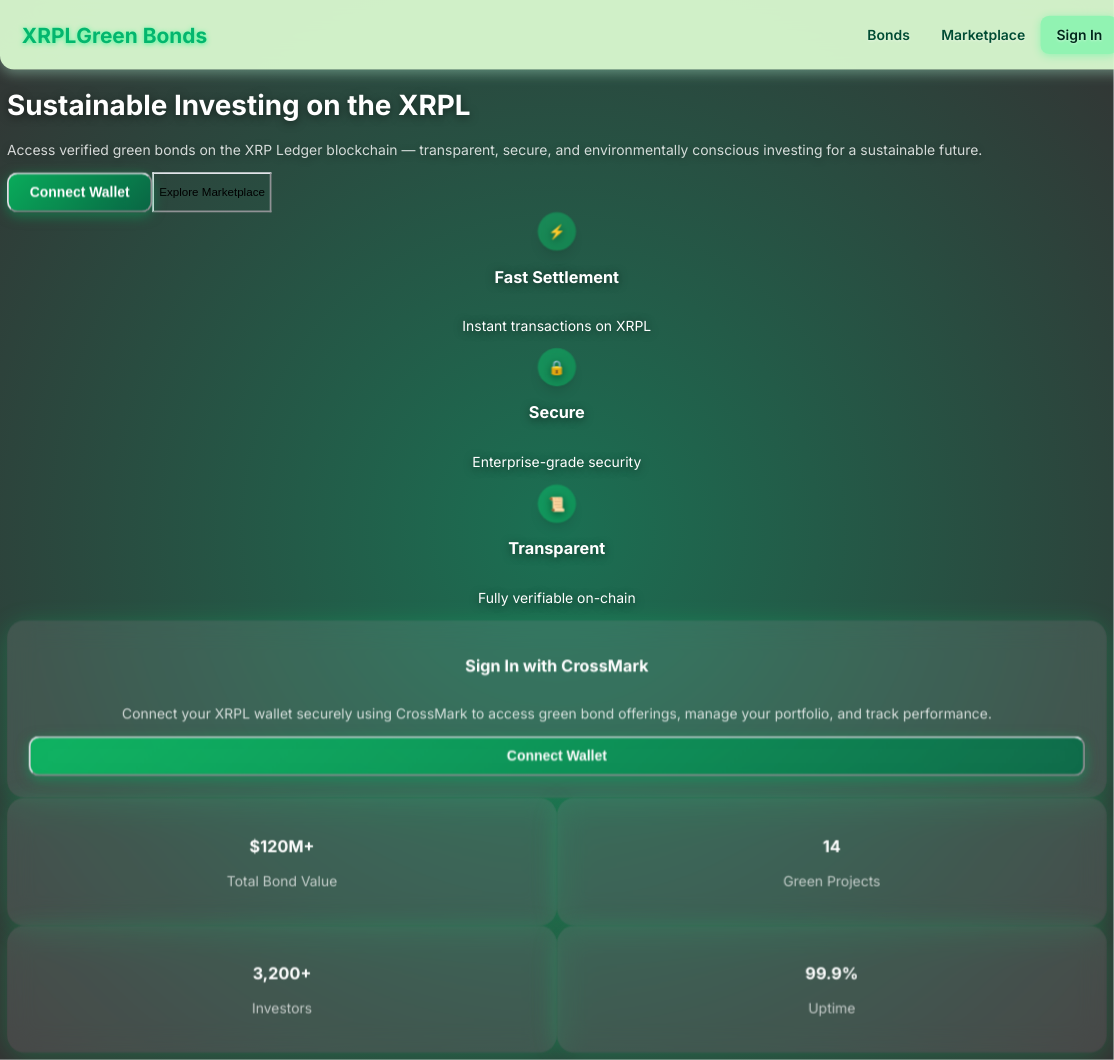
Repository: pbryzek/hackathon-xrpl
Page: / (app in frontend/)
The author's editor kept a copy of each file at every save. The page is drawn from the files as they stood at one save, then again after the next save.
The browser window is 1280 px wide. The pictures show the whole page, at 87% of full size.
The project was rebuilt for these pictures with package versions that can differ from the ones it lists, and the page was loaded fresh each time. Also part of the build but not shown: frontend/vite.config.ts, frontend/src/services/bondService.ts, frontend/src/pages/BondSelection.tsx, frontend/src/lib/utils.ts, frontend/src/components/ui/button.tsx, frontend/src/components/ui/input.tsx, frontend/src/components/ui/label.tsx, frontend/src/components/ui/tabs.tsx and 15 more.

Above is the page before, as saved 2025-03-15 12:43:12.

### frontend/index.html
<!DOCTYPE html>
<html lang="en">
  <head>
    <meta charset="UTF-8" />
    <meta name="viewport" content="width=device-width, initial-scale=1.0" />
    <title>buy-sell-bonds</title>
    <meta name="description" content="Lovable Generated Project" />
    <meta name="author" content="Lovable" />
    <meta property="og:image" content="/og-image.png" />
  </head>

  <body>
    <div id="root"></div>
    <!-- IMPORTANT: DO NOT REMOVE THIS SCRIPT TAG OR THIS VERY COMMENT! -->
    <script src="https://cdn.gpteng.co/gptengineer.js" type="module"></script>
    <script type="module" src="/src/main.tsx"></script>
  </body>
</html>

### frontend/src/main.tsx
import { createRoot } from 'react-dom/client'
import App from './App.tsx'
import './index.css'
import './index1.css'

createRoot(document.getElementById("root")!).render(<App />);

### frontend/src/App.tsx
import React from "react";
import { BrowserRouter as Router, Routes, Route } from "react-router-dom";
import BondSelection from "./pages/BondSelection";
import CrossMarkAuth from "./pages/CrossMarkAuth";
import Index from "./pages/Index";
import NotFound from "./pages/NotFound";
// ✅ Import the Header Component
import Header from "./components/ui/header";
import "./index.css"; // ✅ Ensure Tailwind is applied
import "./index1.css"; // ✅ Ensure Tailwind is applied


const App: React.FC = () => {
  return (
    <Router>
      <div className="flex flex-col min-h-screen bg-background text-foreground">
        <Header />
        <main className="flex-grow p-4">
          <Routes>
            <Route path="/" element={<CrossMarkAuth />} />
            <Route path="/bonds" element={<BondSelection />} />
            <Route path="/marketplace" element={<Index />} />
            <Route path="*" element={<NotFound />} />
          </Routes>
        </main>
      </div>
    </Router>
  );
};

export default App;

### frontend/src/index.css
@import url('https://fonts.googleapis.com/css2?family=Inter:wght@100;200;300;400;500;600;700;800;900&display=swap');

@tailwind base;
@tailwind components;
@tailwind utilities;


@layer base {
  :root {
    --background: 210 40% 98%;
    --foreground: 222 47% 11%;

    --card: 0 0% 100%;
    --card-foreground: 222 47% 11%;

    --popover: 0 0% 100%;
    --popover-foreground: 222 47% 11%;

    --primary: 221 83% 53%;
    --primary-foreground: 210 40% 98%;

    --secondary: 210 40% 96%;
    --secondary-foreground: 222 47% 11%;

    --muted: 210 40% 96%;
    --muted-foreground: 220 16% 46%;

    --accent: 210 40% 96%;
    --accent-foreground: 222 47% 11%;

    --destructive: 0 84% 60%;
    --destructive-foreground: 210 40% 98%;

    --border: 220 14% 90%;
    --input: 220 14% 90%;
    --ring: 221 83% 53%;

    --radius: 0.8rem;

    --bond-blue: 221 83% 53%;
    --bond-blue-light: 213 94% 68%;
    --bond-blue-dark: 224 76% 48%;
    --bond-gray: 220 14% 90%;
    --bond-gray-light: 220 14% 95%;
    --bond-gray-dark: 218 11% 80%;
    --bond-green: 142 76% 36%;
    --bond-red: 0 84% 60%;
  }

  .dark {
    --background: 222 47% 11%;
    --foreground: 210 40% 98%;

    --card: 222 47% 11%;
    --card-foreground: 210 40% 98%;

    --popover: 222 47% 11%;
    --popover-foreground: 210 40% 98%;

    --primary: 217 91% 60%;
    --primary-foreground: 222 47% 11%;

    --secondary: 217 33% 17%;
    --secondary-foreground: 210 40% 98%;

    --muted: 217 33% 17%;
    --muted-foreground: 215 20% 65%;

    --accent: 217 33% 17%;
    --accent-foreground: 210 40% 98%;

    --destructive: 0 63% 31%;
    --destructive-foreground: 210 40% 98%;

    --border: 217 33% 17%;
    --input: 217 33% 17%;
    --ring: 224 76% 48%;
  }
}

@layer base {
  body {
    background-color: hsl(var(--background));
    color: hsl(var(--foreground));
  }
}

.glass-panel {
  background-color: rgba(255, 255, 255, 0.9);
  backdrop-filter: blur(12px);
  border: 1px solid rgba(255, 255, 255, 0.4);
  box-shadow: 0 4px 6px -1px rgba(0, 0, 0, 0.1), 0 2px 4px -1px rgba(0, 0, 0, 0.06);
}

.animate-enter {
  animation: fade-in 0.4s forwards, slide-up 0.4s forwards;
}

.bond-hover {
  transition: all 0.2s ease-out;
}

.bond-hover:hover {
  transform: translateY(-2px);
}

/* Scrollbar styling */
::-webkit-scrollbar {
  width: 6px;
  height: 6px;
}

::-webkit-scrollbar-track {
  background: transparent;
}

::-webkit-scrollbar-thumb {
  background: hsl(var(--bond-gray-dark));
  border-radius: 6px;
}

::-webkit-scrollbar-thumb:hover {
  background: hsl(var(--bond-blue-light));
}

/* ✅ Floating effect for navbar */
header {
  box-shadow: 0px 4px 30px rgba(0, 255, 128, 0.3);
}

### frontend/src/index1.css
@tailwind base;
@tailwind components;
@tailwind utilities;

@layer base {
  :root {
    --background: 0 0% 100%;
    --foreground: 222.2 84% 4.9%;

    --card: 0 0% 100%;
    --card-foreground: 222.2 84% 4.9%;

    --popover: 0 0% 100%;
    --popover-foreground: 222.2 84% 4.9%;

    --primary: 142 64% 24%;
    --primary-foreground: 210 40% 98%;

    --secondary: 210 40% 96.1%;
    --secondary-foreground: 222.2 47.4% 11.2%;

    --muted: 210 40% 96.1%;
    --muted-foreground: 215.4 16.3% 46.9%;

    --accent: 142 76% 73%;
    --accent-foreground: 222.2 47.4% 11.2%;

    --destructive: 0 84.2% 60.2%;
    --destructive-foreground: 210 40% 98%;

    --border: 214.3 31.8% 91.4%;
    --input: 214.3 31.8% 91.4%;
    --ring: 142 64% 24%;

    --radius: 0.5rem;
  }

  @layer base {
    body {
      background: radial-gradient(circle, rgba(2, 96, 64, 0.9) 0%, rgba(0, 0, 0, 0.8) 100%);
      color: white;
      font-family: "Inter", sans-serif;
      margin-top: 80px; /* Ensures space below the fixed header */
    }
  }

  /* .header {
    background: rgba(221, 253, 211, 0.931);
    backdrop-filter: blur(20px);
    box-shadow: 0 4px 15px rgba(187, 253, 220, 0.4);
    padding: 18px 25px;
    border-radius: 0 0 16px 16px;
    position: fixed;
    top: 0;
    left: 0;
    width: 100%;
    z-index: 50;
  }
   */
  .dark {
    --background: 222.2 84% 4.9%;
    --foreground: 210 40% 98%;

    --card: 222.2 84% 4.9%;
    --card-foreground: 210 40% 98%;

    --popover: 222.2 84% 4.9%;
    --popover-foreground: 210 40% 98%;

    --primary: 143 65% 42%;
    --primary-foreground: 222.2 47.4% 11.2%;

    --secondary: 217.2 32.6% 17.5%;
    --secondary-foreground: 210 40% 98%;

    --muted: 217.2 32.6% 17.5%;
    --muted-foreground: 215 20.2% 65.1%;

    --accent: 143 70% 30%;
    --accent-foreground: 210 40% 98%;

    --destructive: 0 62.8% 30.6%;
    --destructive-foreground: 210 40% 98%;

    --border: 217.2 32.6% 17.5%;
    --input: 217.2 32.6% 17.5%;
    --ring: 142.5 76.5% 73.3%;
  }
}

@layer base {
  * {
    border-color: hsl(var(--border));
  }
  body {
    background-color: hsl(var(--background));
    color: hsl(var(--foreground));
  }
}

@keyframes float {
  0% { transform: translateY(0px); }
  50% { transform: translateY(-10px); }
  100% { transform: translateY(0px); }
}

/* Global Removal of Underline */
a {
  text-decoration: none !important;
}

/* Global Styles */
body {
  background: radial-gradient(circle, rgba(2, 96, 64, 0.9) 0%, rgba(0, 0, 0, 0.8) 100%);
  color: white;
  font-family: "Inter", sans-serif;
}

/* Floating Animation */
.floating {
  animation: float 3s ease-in-out infinite;
}

/* Glassmorphism Components */
.glass-effect {
  background-color: rgba(255, 255, 255, 0.1);
  backdrop-filter: blur(15px);
  box-shadow: 0 4px 15px rgba(0, 0, 0, 0.2);
}

/* Enhanced Lightened Glassmorphism Navbar */
.header {
  background: rgba(221, 253, 211, 0.931);
  backdrop-filter: blur(20px);
  box-shadow: 0 4px 15px rgba(187, 253, 220, 0.4);
  padding: 18px 25px;
  border-radius: 0 0 16px 16px;
  position: fixed;
  top: 0;
  left: 0;
  width: 100%;
  z-index: 50;
}

/* Navbar Links */
.nav-link {
  color: rgb(0, 77, 51) !important;
  font-size: 1rem;
  font-weight: 600;
  text-shadow: 0px 1px 3px rgba(255, 255, 255, 0.5);
  padding: 12px 18px;
  border-radius: 10px;
  transition: all 0.3s ease-in-out;
  text-decoration: none;
}

.nav-link:hover {
  background: rgba(0, 255, 128, 0.2);
  color: rgb(0, 40, 27) !important;
  transform: translateY(-2px);
}

.nav-link.active {
  background: rgba(0, 255, 128, 0.3);
  color: rgb(0, 40, 27) !important;
  box-shadow: 0 2px 10px rgba(0, 255, 128, 0.3);
}

/* Fix nav link positioning */
.links {
  position: relative;
  margin-right: 20px;
}

/* Logo Styling */
.logo {
  font-size: 1.5rem;
  font-weight: bold;
  color: #03b66e;
  text-shadow: 0px 2px 6px rgba(0, 255, 128, 0.7);
  transition: all 0.3s ease;
}

.logo:hover {
  text-shadow: 0px 2px 10px rgba(0, 255, 128, 0.9);
  transform: scale(1.03);
}

/* Glass Card */
.glass-card {
  background: rgba(255, 255, 255, 0.1);
  backdrop-filter: blur(15px);
  box-shadow: 0px 4px 30px rgba(0, 255, 128, 0.2);
  padding: 25px;
  border-radius: 20px;
  transition: all 0.3s ease-in-out;
}

.glass-card:hover {
  box-shadow: 0px 6px 35px rgba(0, 255, 128, 0.4);
  transform: translateY(-5px);
}

/* Glass Button */
.glass-button {
  background: linear-gradient(135deg, rgba(0, 200, 100, 0.8), rgba(0, 110, 70, 0.8));
  color: white;
  padding: 12px 24px;
  border-radius: 12px;
  font-size: 16px;
  font-weight: bold;
  backdrop-filter: blur(15px);
  box-shadow: 0px 4px 15px rgba(0, 180, 100, 0.5);
  transition: all 0.3s ease-in-out;
}

.glass-button:hover {
  background: linear-gradient(135deg, rgba(0, 220, 110, 0.9), rgba(0, 130, 80, 0.9));
  transform: translateY(-3px);
  box-shadow: 0px 6px 20px rgba(0, 255, 128, 0.6);
}

.glass-button:disabled {
  background: rgba(100, 100, 100, 0.3);
  cursor: not-allowed;
  box-shadow: none;
  color: rgba(255, 255, 255, 0.5);
}

/* Hero Section Styling */
.hero-container {
  margin-top: 120px;
  padding: 2rem;
}

.hero-text {
  text-shadow: 0 2px 10px rgba(0, 0, 0, 0.5);
}

.feature-icon {
  background: linear-gradient(to bottom right, rgba(0, 255, 128, 0.3), rgba(0, 200, 100, 0.4));
  padding: 0.75rem;
  border-radius: 0.75rem;
  backdrop-filter: blur(4px);
  box-shadow: 0 10px 15px -3px rgba(0, 0, 0, 0.1), 0 4px 6px -2px rgba(0, 0, 0, 0.05);
}

### frontend/src/pages/CrossMarkAuth.tsx

import React, { useState, useEffect } from "react";
import sdk from "@crossmarkio/sdk";
import * as xrpl from "xrpl";
import { useNavigate } from "react-router-dom";
import { toast } from "sonner";

const CrossMarkAuth: React.FC = () => {
  const [account, setAccount] = useState<string | null>(null);
  const [balance, setBalance] = useState<string | null>(null);
  const [isLoading, setIsLoading] = useState<boolean>(false);
  const navigate = useNavigate();

  useEffect(() => {
    console.log("Crossmark session will not restore automatically.");
    // Do NOT check localStorage or auto-authenticate
  }, []);

  const signInWithCrossmark = async () => {
    setIsLoading(true);
    try {
      console.log("User clicked sign-in, starting authentication...");

      // Step 1: Authenticate via Crossmark
      const { response } = await sdk.methods.signInAndWait();
      if (!response || !response.data || !response.data.address) {
        throw new Error("Failed to authenticate with Crossmark");
      }

      const userAccount = response.data.address;
      setAccount(userAccount);
      fetchBalance(userAccount);

      // Step 2: Authentication successful, inform user
      toast.success("Successfully connected to CrossMark wallet");

      // Navigate to bonds after successful authentication
      setTimeout(() => {
        navigate("/bonds");
      }, 1500);

    } catch (error) {
      console.error("Crossmark sign-in failed:", error);
      toast.error("Failed to connect to CrossMark wallet");
    } finally {
      setIsLoading(false);
    }
  };

  const fetchBalance = async (walletAddress: string) => {
    try {
      const client = new xrpl.Client("wss://s.altnet.rippletest.net/");
      await client.connect();
      const response = await client.request({
        command: "account_info",
        account: walletAddress,
        ledger_index: "validated",
      });
      const xrpBalance = xrpl.dropsToXrp(response.result.account_data.Balance);
      setBalance(xrpBalance.toString());
      client.disconnect();
    } catch (error) {
      console.error("Error fetching balance:", error);
    }
  };

  const handleMarketplaceClick = () => {
    navigate("/marketplace");
  };

  return (
    <div className="container mx-auto mt-32 px-4">
      <div className="grid grid-cols-1 lg:grid-cols-2 gap-12 items-center">
        {/* Hero Section */}
        <div className="space-y-6 hero-text">
          <h1 className="text-4xl md:text-5xl lg:text-6xl font-bold leading-tight">
            Sustainable Investing on the <span className="text-green-400">XRPL</span>
          </h1>
          <p className="text-xl opacity-80 max-w-xl">
            Access verified green bonds on the XRP Ledger blockchain — transparent,
            secure, and environmentally conscious investing for a sustainable future.
          </p>
          <div className="pt-4 flex flex-wrap gap-4">
            <button
              onClick={signInWithCrossmark}
              disabled={isLoading}
              className="glass-button"
            >
              {isLoading ? "Connecting..." : "Connect Wallet"}
            </button>
            <button
              onClick={handleMarketplaceClick}
              className="bg-transparent text-white px-6 py-3 rounded-xl
                        hover:bg-white/10 transition-all duration-300"
            >
              Explore Marketplace
            </button>
          </div>

          {/* Key Features */}
          <div className="grid grid-cols-1 md:grid-cols-3 gap-8 mt-16 text-center">
            {[
              { title: "Fast Settlement", description: "Instant transactions on XRPL", icon: "⚡" },
              { title: "Secure", description: "Enterprise-grade security", icon: "🔒" },
              { title: "Transparent", description: "Fully verifiable on-chain", icon: "📜" },
            ].map((feature, index) => (
              <div key={index} className="flex flex-col items-center p-8 bg-white/10 rounded-lg shadow-xl">
                <div className="feature-icon flex items-center justify-center w-14 h-14 bg-green-600/30 rounded-full mb-4">
                  <span className="text-3xl">{feature.icon}</span>
                </div>
                <h3 className="font-semibold text-xl text-white">{feature.title}</h3>
                <p className="text-md text-gray-300 mt-2">{feature.description}</p>
              </div>
            ))}
          </div>
        </div>

        {/* Authentication Card */}
        <div className="flex justify-center items-center">
          <div className="w-full max-w-md glass-card">
            <div className="flex flex-col space-y-1.5 p-6">
              <h3 className="text-2xl font-semibold leading-none tracking-tight text-center text-green-300">
                Sign In with CrossMark
              </h3>
            </div>
            <div className="p-6 pt-0 space-y-4">
              {!account ? (
                <>
                  <div className="flex justify-center p-6">
                    <div className="w-24 h-24 rounded-full bg-white/10 backdrop-blur-lg flex items-center justify-center shadow-lg shadow-green-500/20 floating">
                      <svg xmlns="http://www.w3.org/2000/svg" className="h-12 w-12 text-green-400" fill="none" viewBox="0 0 24 24" stroke="currentColor">
                        <path strokeLinecap="round" strokeLinejoin="round" strokeWidth={1.5} d="M9 12l2 2 4-4m5.618-4.016A11.955 11.955 0 0112 2.944a11.955 11.955 0 01-8.618 3.04A12.02 12.02 0 003 9c0 5.591 3.824 10.29 9 11.622 5.176-1.332 9-6.03 9-11.622 0-1.042-.133-2.052-.382-3.016z" />
                      </svg>
                    </div>
                  </div>
                  <p className="text-center text-sm opacity-80">
                    Connect your XRPL wallet securely using CrossMark to access green bond offerings, manage your portfolio, and track performance.
                  </p>
                </>
              ) : (
                <>
                  <div className="flex flex-col items-center space-y-4">
                    <div className="p-4 bg-green-800/20 rounded-lg">
                      <p className="text-lg text-white font-medium">Wallet Connected</p>
                      <p className="text-sm font-mono bg-black/20 p-2 rounded mt-2 break-all">{account}</p>
                      <p className="text-sm mt-3 text-green-300">Balance: {balance} XRP</p>
                    </div>
                  </div>
                </>
              )}
            </div>
            <div className="flex items-center p-6 pt-0 justify-center">
              <button
                onClick={signInWithCrossmark}
                disabled={isLoading || !!account}
                className={`glass-button w-full ${(isLoading || !!account) ? 'opacity-50 cursor-not-allowed' : ''}`}
              >
                {isLoading ? "Connecting..." : account ? "Connected" : "Connect Wallet"}
              </button>
            </div>
          </div>
        </div>
      </div>

      {/* Stats Section */}
      <div className="grid grid-cols-2 md:grid-cols-4 gap-4 md:gap-8 mt-20 mb-10">
        <div className="glass-card text-center">
          <h3 className="text-3xl md:text-4xl font-bold text-green-300">$120M+</h3>
          <p className="text-sm opacity-70">Total Bond Value</p>
        </div>
        <div className="glass-card text-center">
          <h3 className="text-3xl md:text-4xl font-bold text-green-300">14</h3>
          <p className="text-sm opacity-70">Green Projects</p>
        </div>
        <div className="glass-card text-center">
          <h3 className="text-3xl md:text-4xl font-bold text-green-300">3,200+</h3>
          <p className="text-sm opacity-70">Investors</p>
        </div>
        <div className="glass-card text-center">
          <h3 className="text-3xl md:text-4xl font-bold text-green-300">99.9%</h3>
          <p className="text-sm opacity-70">Uptime</p>
        </div>
      </div>
    </div>
  );
};

export default CrossMarkAuth;

### frontend/src/components/ui/header.tsx
import React from "react";
import { Link, useLocation } from "react-router-dom";

const Header: React.FC = () => {
  const location = useLocation();

  // Function to check if the link is active
  const isActive = (path: string) => location.pathname === path;

  return (
    <header className="header">
      <div className="container mx-auto flex justify-between items-center">
        {/* Logo */}
        <Link to="/" className="logo no-underline flex items-center gap-2">
          <span className="text-green-600">XRPL</span> Green Bonds
        </Link>

        {/* Navigation Links */}
        <div className="links">
          <nav className="flex space-x-6">
            <Link to="/bonds" className={`nav-link ${isActive('/bonds') ? 'active' : ''}`}>
              Bonds
            </Link>
            <Link to="/marketplace" className={`nav-link ${isActive('/marketplace') ? 'active' : ''}`}>
              Marketplace
            </Link>
            <Link to="/" className={`nav-link ${isActive('/') ? 'active' : ''}`}>
              Sign In
            </Link>
          </nav>
        </div>
      </div>
    </header>
  );
};

export default Header;

After the next save:
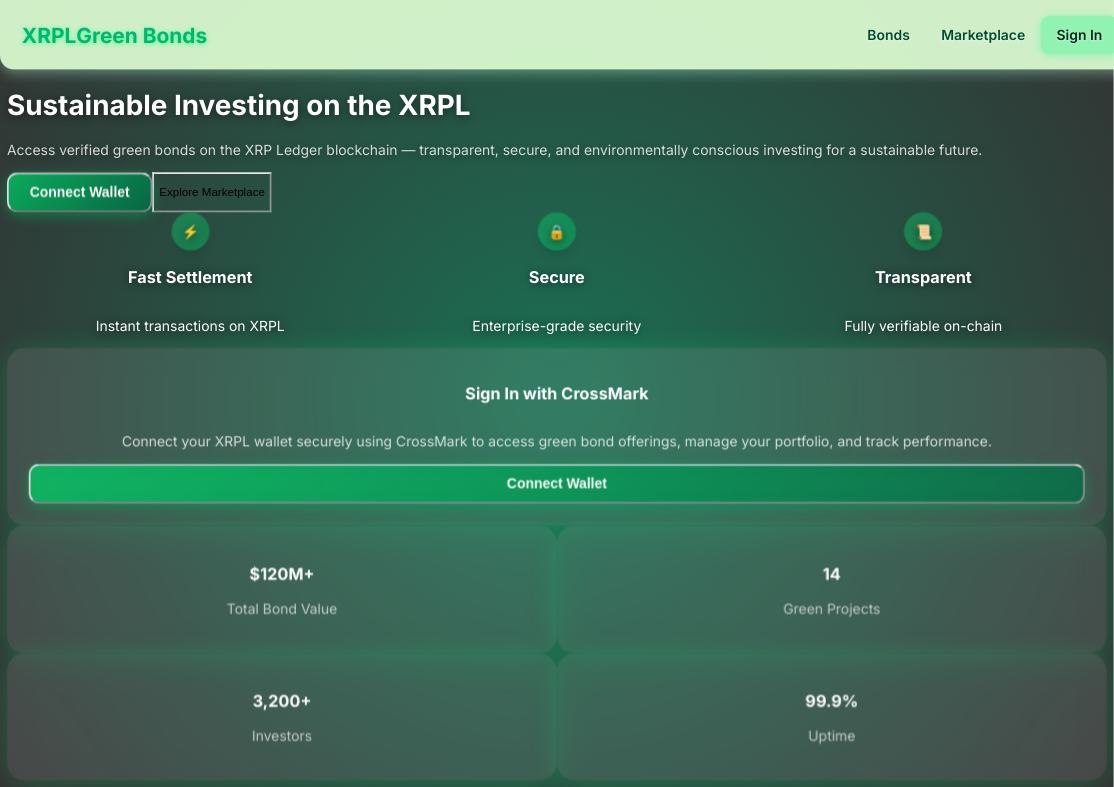
Saved 2 min 15 s later.
--- a/frontend/src/pages/CrossMarkAuth.tsx
+++ b/frontend/src/pages/CrossMarkAuth.tsx
@@ -98,13 +98,13 @@
           </div>
 
           {/* Key Features */}
-          <div className="grid grid-cols-1 md:grid-cols-3 gap-8 mt-16 text-center">
+          <div className="flex justify-center gap-8 mt-16 text-center">
             {[
               { title: "Fast Settlement", description: "Instant transactions on XRPL", icon: "⚡" },
               { title: "Secure", description: "Enterprise-grade security", icon: "🔒" },
               { title: "Transparent", description: "Fully verifiable on-chain", icon: "📜" },
             ].map((feature, index) => (
-              <div key={index} className="flex flex-col items-center p-8 bg-white/10 rounded-lg shadow-xl">
+              <div key={index} className="flex flex-col items-center p-8 bg-white/10 rounded-lg shadow-xl w-1/3">
                 <div className="feature-icon flex items-center justify-center w-14 h-14 bg-green-600/30 rounded-full mb-4">
                   <span className="text-3xl">{feature.icon}</span>
                 </div>
